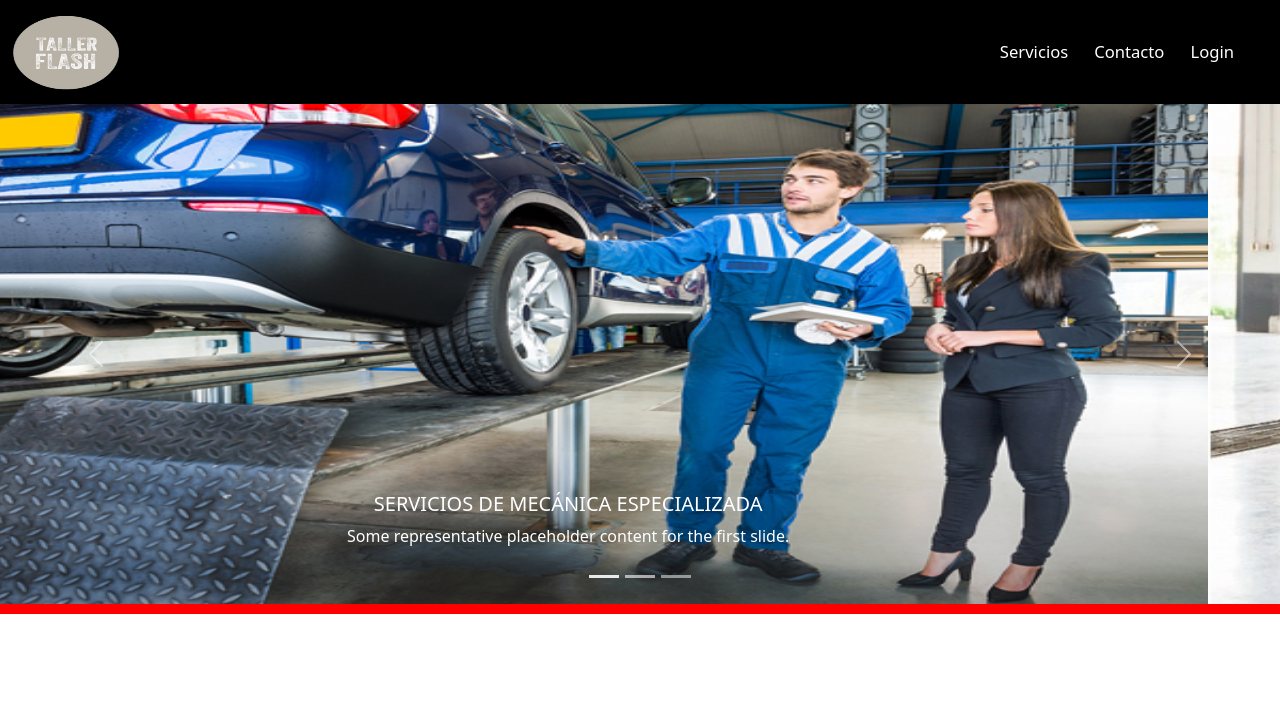
Repository: nder1996/Boostrap.Taller.Arquitectura
Page: Index.html
An editor plug-in stored every save of this project. The page is shown before and after the next save, followed by the edit.
The browser window is 1280 px wide. The pictures show the whole page.

Above is the page before, as saved 2021-07-23 06:04:44.

After the next save:
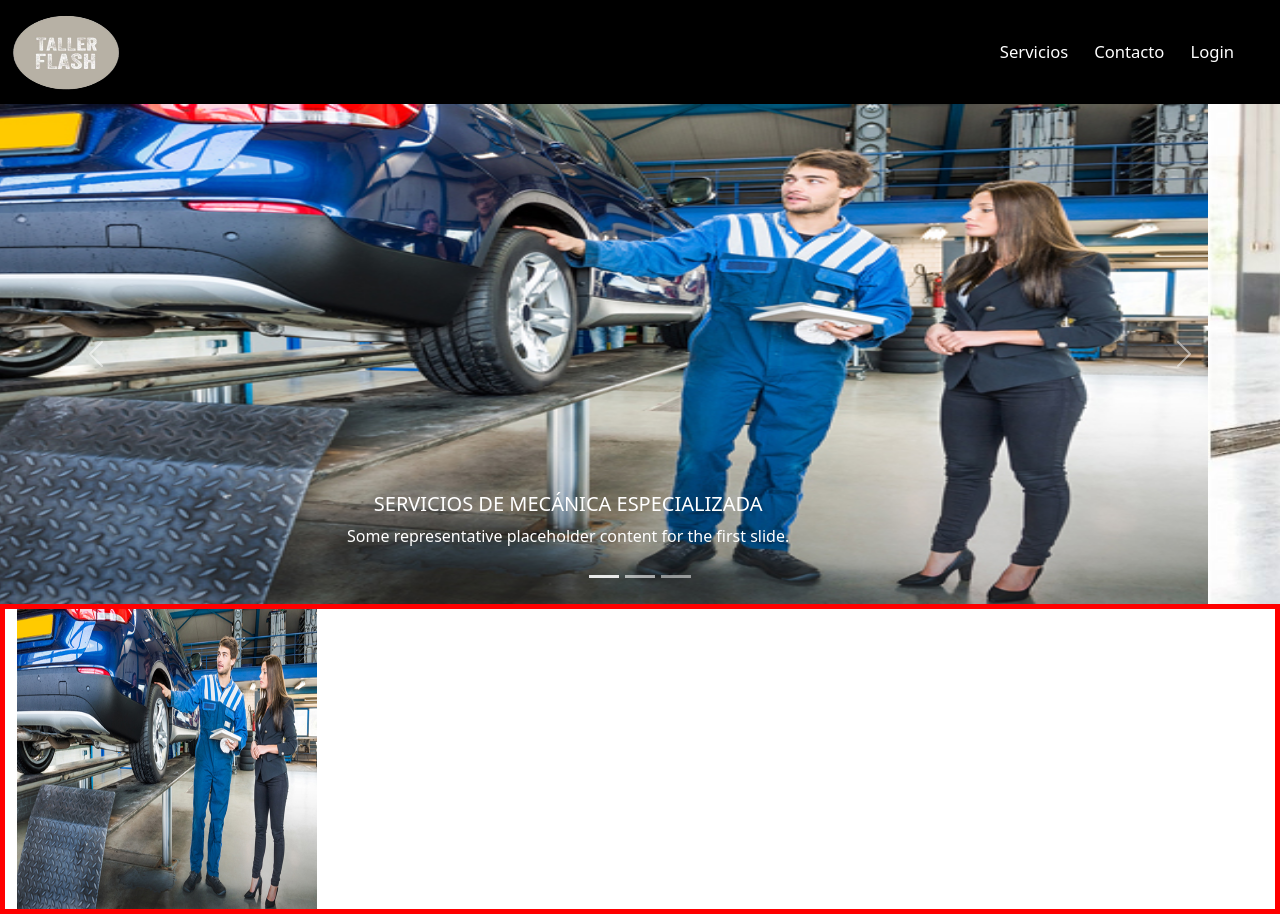
Saved 16 s later.
--- a/Index.html
+++ b/Index.html
@@ -82,7 +82,7 @@
 
 	<div class="Servicios container-fluid">
 
-		<div></div>
+		<div><img src="images/Mantenimiento_1.jpg" alt="" width="300px" height="300px"></div>
 		<div></div>
 		<div></div>
 		<div></div>
